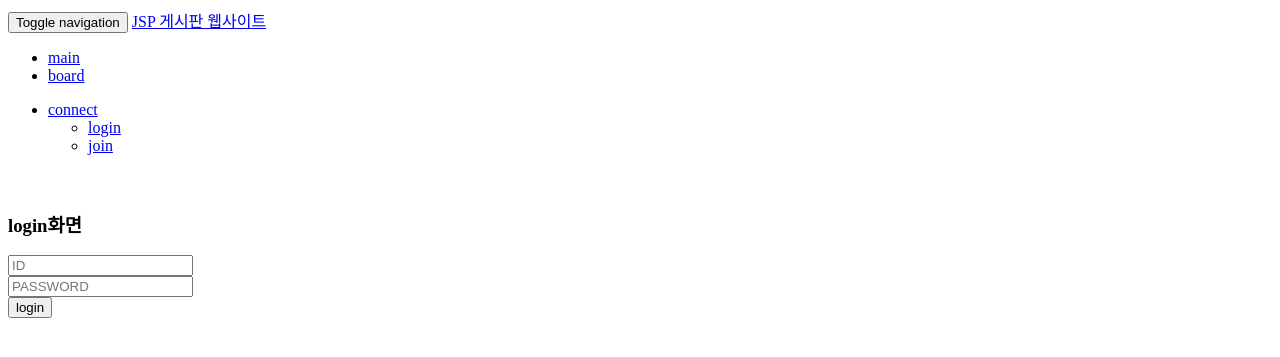
Repository: hotei09/WordofMouth
Page: http://localhost/BBS/join.jsp
These files come from the project's save history. The page is drawn as it stood at one moment and after the next save; the edit follows.
The browser window is 1280 px wide. The pictures show the whole page.
The page is served by Tomcat 9.

Above is the page before, as saved 2018-08-01 00:23:08.

After the next save:
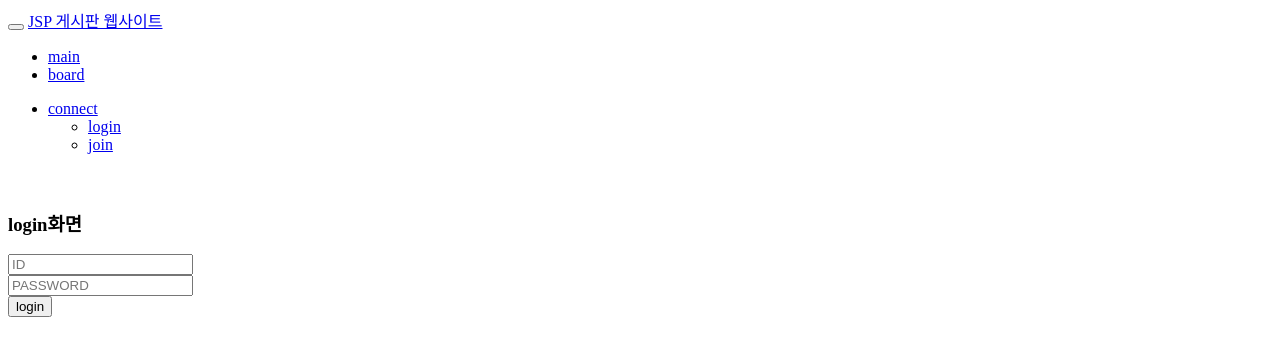
Saved 17 s later.
--- a/BBS/WebContent/join.jsp
+++ b/BBS/WebContent/join.jsp
@@ -13,7 +13,6 @@
 	<div class="navbar-header">
 		<button type="button" class="navbar-toggle collapsed" data-toggle="collapse"
 		data-target="#bs-example-navbar-collapse-1" aria-expanded="false" >
-		<span class"sr-only">Toggle navigation</span>
 		<span class="icon-bar"></span>
 		<span class="icon-bar"></span>
 		<span class="icon-bar"></span>
